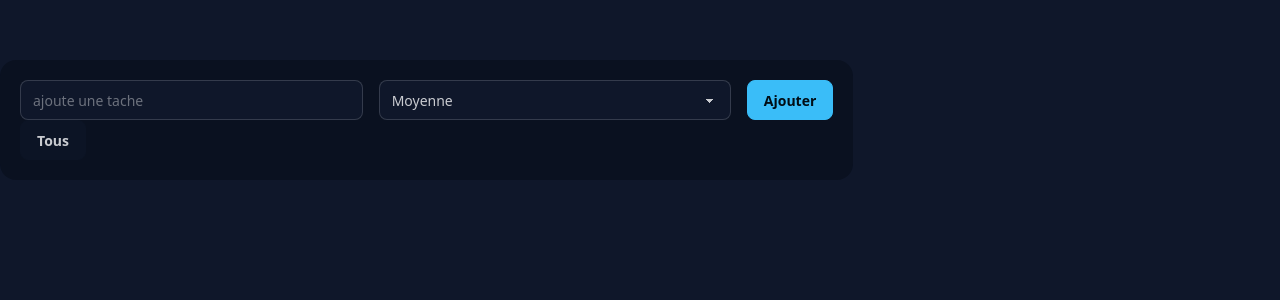
Repository: gradi243/react_ex_tuto
Page: /
These files come from the project's save history. The page is drawn as it stood at one moment and after a run of saves; the edit follows.
The browser window is 1280 px wide. The pictures show the whole page.
The project was rebuilt for these pictures with package versions that can differ from the ones it lists, and the page was loaded fresh each time. Also part of the build but not shown: vite.config.ts.

Above is the page before, as saved 2025-09-14 01:26:30.

### index.html
<!doctype html>
<html lang="en" data-theme="night">
  <head>
    <meta charset="UTF-8" />
    <link rel="icon" type="image/svg+xml" href="/vite.svg" />
    <meta name="viewport" content="width=device-width, initial-scale=1.0" />
    <title>Vite + React + TS</title>
  </head>
  <body>
    <div id="root"></div>
    <script type="module" src="/src/main.tsx"></script>
  </body>
</html>

### src/index.css
@import "tailwindcss";
@plugin "daisyui";

 @plugin "daisyui" {
   themes:night;
 }
/* You can add global styles to this file, and also import other style files */

### src/App.tsx
import { useEffect, useState } from "react";


type Priority="Urigente"|"Moyenne"|"Basse"

type Todo={
  id: number;
  text:string;
  priority:Priority
}


function App(){
  const[input,setInput]=useState<string>("")
  const[priority,setPriority]= useState<Priority>("Moyenne")


  const savedTodos=localStorage.getItem("todos")
  const  initialTodos=savedTodos?JSON.parse(savedTodos):[]
  const [todos,setTodos]=useState<Todo[]>(initialTodos)

  const [filtere,setFilter]=useState< Priority |"Tous">("Tous")

  useEffect(() => {
    localStorage.setItem("todos",JSON.stringify(todos))
  },[todos])

  function addTodo(){
    if(input.trim()==""){
       return
    }

    const newTodo:Todo={
      id:Date.now(),
      text:input.trim(),
      priority:priority
    }

    const newtodos=[newTodo,...todos]
    setTodos(newtodos)
    setInput("")
    setPriority("Moyenne")
    console.log(newtodos)

  }

  let filteredTodos: Todo[] = [];
  return(
    <div className="flex justify-cente">
      <div className="w-2/3 flex-col gap-4 my-15 bg-base-300 p-5 rounded-2xl">
        <div className="flex gap-4">
          <input
          type="text"
          className="input w-full"
          placeholder="ajoute une tache"
          value={input}
         onChange={(e)=>setInput(e.target.value)}
          />

          <select
          className="select w-full"
          value={priority}
          onChange={(e)=>setPriority(e.target.value as Priority)}
          >
            <option value="Urigente">Urigente</option>
            <option value="Moyenne">Moyenne</option>
            <option value="Basse">Basse</option>
          </select>

          <button onClick={addTodo} className="btn btn-primary">Ajouter</button>
        </div>
        <div className="space-y-2 flex-1 h-fit">
          <div className="flex flex-wrap gap-4">
            <button
              className={`btn btnè`}
            >
              Tous
            </button>
          </div>
        </div>

      </div>
    </div>
  )
}

export default App

Loaded but not shown: src/main.tsx (common file)

After the next 5 saves:
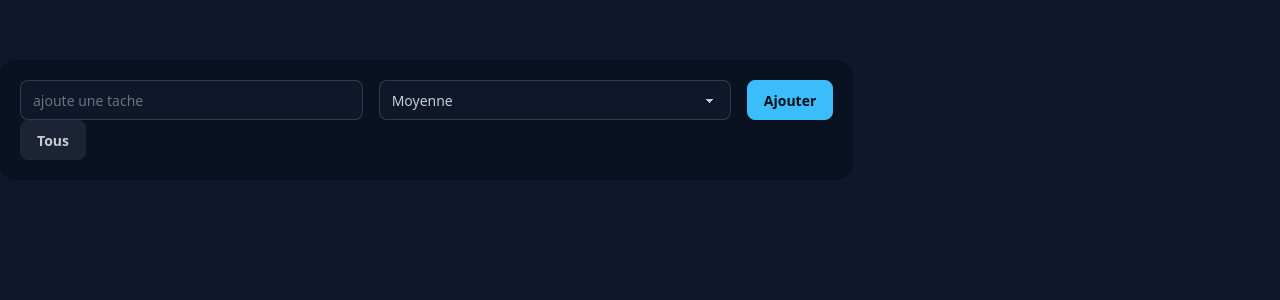
The 5 saves are shown as one change because they came seconds apart.
The last was saved 11 s later.
--- a/src/App.tsx
+++ b/src/App.tsx
@@ -72,7 +72,7 @@
         <div className="space-y-2 flex-1 h-fit">
           <div className="flex flex-wrap gap-4">
             <button
-              className={`btn btnè`}
+              className={`btn btn-soft $`}
             >
               Tous
             </button>
